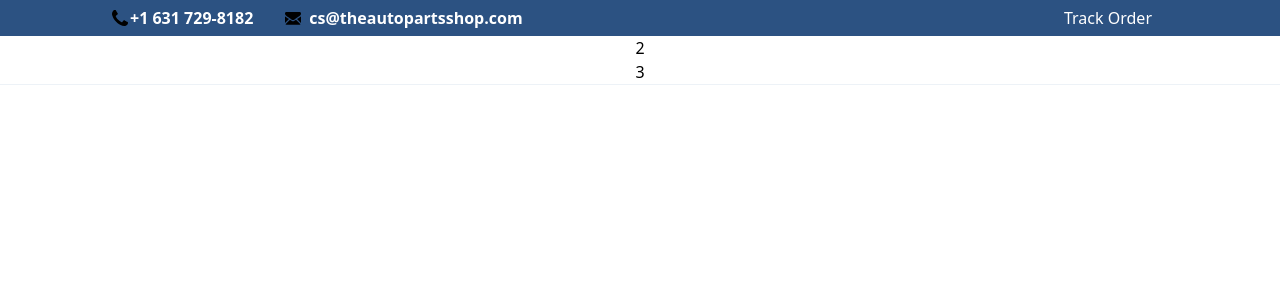
Repository: robindhimanspineor/TAPS-Next
Page: /
These files come from the project's save history. The page is drawn as it stood at one moment and after a run of saves; the edit follows.
The browser window is 1280 px wide. The pictures show the whole page.
The project was rebuilt for these pictures with package versions that can differ from the ones it lists, and the page was loaded fresh each time. The framework's server and built-in components were replaced by stand-ins that run in the browser. Also part of the build but not shown: next.config.js.

Above is the page before, as saved 2021-09-16 15:39:51.

### src/pages/index.tsx
// import { useRouter } from 'next/router';

// import { Meta } from '../layout/Meta';
// import { Main } from '../templates/Main';
import Header from '../components/common/header';

const Index = () => {
  // const router = useRouter();

  return (
    // <Main
    //   meta={
    //     <Meta
    //       title="Next.js Boilerplate Presentation"
    //       description="Next js Boilerplate is the perfect starter code for your project. Build your React application with the Next.js framework."
    //     />
    //   }
    // >
    // </Main>
    <div>
      <main className="main-container block">
        <Header />
      </main>
    </div>
  );
};

export default Index;

### src/components/common/header/index.js
import PhoneHandle from '../../../svg/PhoneHandleSvg.js';
import MailBoxSvg from '../../../svg/MailBoxSvg';

const Header = () => {
  return (
    <header className="flex flex-col items-center justify-center w-full static border-b z-50">
      <div className="head-top flex justify-between py-1.5 pr-32 pl-28 bg-blue-800 w-full text-base">
        <div className="w-screen max-w-screen-xl flex justify-between">
          <div className="head-top-left flex text-white font-medium w-9/12">
            <div className="head-top-phone flex items-center text-white w-auto  font-semibold">
              <div className="text-white h-6 w-4 flex items-center">
                <PhoneHandle />
              </div>
              <p className="pl-0.5">+1 631 729-8182</p>
            </div>
            <div className="heap-top-email flex items-center text-white w-auto  font-semibold ml-8">
              <div className="text-white h-6 w-6 flex items-center pr-2">
                <MailBoxSvg />
              </div>
              <p>cs@theautopartsshop.com</p>
            </div>
          </div>
          <div className="head-top-right text-white font-medium">
            Track Order
          </div>
        </div>
      </div>
      <div>2</div>
      <div>3</div>
    </header>
  );
};

export default Header;

### src/svg/PhoneHandleSvg.js
import React from 'react';

const PhoneHandle = () => (
  <svg
    version="1.1"
    xmlns="http://www.w3.org/2000/svg"
    xmlnsXlink="http://www.w3.org/1999/xlink"
    x="0px"
    y="0px"
    width="401.998px"
    height="401.998px"
    viewBox="0 0 401.998 401.998"
    style={{ enableBackground: 'new 0 0 401.998 401.998' }}
    xmlSpace="preserve"
    aria-label="phone handle svg"
  >
    <g>
      <path
        d="M401.129,311.475c-1.137-3.426-8.371-8.473-21.697-15.129c-3.61-2.098-8.754-4.949-15.41-8.566
		c-6.662-3.617-12.709-6.95-18.13-9.996c-5.432-3.045-10.521-5.995-15.276-8.846c-0.76-0.571-3.139-2.234-7.136-5
		c-4.001-2.758-7.375-4.805-10.14-6.14c-2.759-1.327-5.473-1.995-8.138-1.995c-3.806,0-8.56,2.714-14.268,8.135
		c-5.708,5.428-10.944,11.324-15.7,17.706c-4.757,6.379-9.802,12.275-15.126,17.7c-5.332,5.427-9.713,8.138-13.135,8.138
		c-1.718,0-3.86-0.479-6.427-1.424c-2.566-0.951-4.518-1.766-5.858-2.423c-1.328-0.671-3.607-1.999-6.845-4.004
		c-3.244-1.999-5.048-3.094-5.428-3.285c-26.075-14.469-48.438-31.029-67.093-49.676c-18.649-18.658-35.211-41.019-49.676-67.097
		c-0.19-0.381-1.287-2.19-3.284-5.424c-2-3.237-3.333-5.518-3.999-6.854c-0.666-1.331-1.475-3.283-2.425-5.852
		s-1.427-4.709-1.427-6.424c0-3.424,2.713-7.804,8.138-13.134c5.424-5.327,11.326-10.373,17.7-15.128
		c6.379-4.755,12.275-9.991,17.701-15.699c5.424-5.711,8.136-10.467,8.136-14.273c0-2.663-0.666-5.378-1.997-8.137
		c-1.332-2.765-3.378-6.139-6.139-10.138c-2.762-3.997-4.427-6.374-4.999-7.139c-2.852-4.755-5.799-9.846-8.848-15.271
		c-3.049-5.424-6.377-11.47-9.995-18.131c-3.615-6.658-6.468-11.799-8.564-15.415C98.986,9.233,93.943,1.997,90.516,0.859
		C89.183,0.288,87.183,0,84.521,0c-5.142,0-11.85,0.95-20.129,2.856c-8.282,1.903-14.799,3.899-19.558,5.996
		c-9.517,3.995-19.604,15.605-30.264,34.826C4.863,61.566,0.01,79.271,0.01,96.78c0,5.135,0.333,10.131,0.999,14.989
		c0.666,4.853,1.856,10.326,3.571,16.418c1.712,6.09,3.093,10.614,4.137,13.56c1.045,2.948,2.996,8.229,5.852,15.845
		c2.852,7.614,4.567,12.275,5.138,13.988c6.661,18.654,14.56,35.307,23.695,49.964c15.03,24.362,35.541,49.539,61.521,75.521
		c25.981,25.98,51.153,46.49,75.517,61.526c14.655,9.134,31.314,17.032,49.965,23.698c1.714,0.568,6.375,2.279,13.986,5.141
		c7.614,2.854,12.897,4.805,15.845,5.852c2.949,1.048,7.474,2.43,13.559,4.145c6.098,1.715,11.566,2.905,16.419,3.576
		c4.856,0.657,9.853,0.996,14.989,0.996c17.508,0,35.214-4.856,53.105-14.562c19.219-10.656,30.826-20.745,34.823-30.269
		c2.102-4.754,4.093-11.273,5.996-19.555c1.909-8.278,2.857-14.985,2.857-20.126C401.99,314.814,401.703,312.819,401.129,311.475z"
      />
    </g>
    <g />
    <g />
    <g />
    <g />
    <g />
    <g />
    <g />
    <g />
    <g />
    <g />
    <g />
    <g />
    <g />
    <g />
    <g />
  </svg>
);

export default PhoneHandle;

### src/svg/MailBoxSvg.js
import React from 'react';

const MailBoxSvg = () => (
  <svg
    version="1.1"
    xmlns="http://www.w3.org/2000/svg"
    xmlnsXlink="http://www.w3.org/1999/xlink"
    x="0px"
    y="0px"
    width="550.795px"
    height="550.795px"
    viewBox="0 0 550.795 550.795"
    style={{ enableBackground: 'new 0 0 550.795 550.795' }}
    xmlSpace="preserve"
    aria-label="mail box"
  >
    <g>
      <g>
        <path
          d="M501.613,491.782c12.381,0,23.109-4.088,32.229-12.16L377.793,323.567c-3.744,2.681-7.373,5.288-10.801,7.767
			c-11.678,8.604-21.156,15.318-28.434,20.129c-7.277,4.822-16.959,9.737-29.045,14.755c-12.094,5.024-23.361,7.528-33.813,7.528
			h-0.306h-0.306c-10.453,0-21.72-2.503-33.813-7.528c-12.093-5.018-21.775-9.933-29.045-14.755
			c-7.277-4.811-16.75-11.524-28.434-20.129c-3.256-2.387-6.867-5.006-10.771-7.809L16.946,479.622
			c9.119,8.072,19.854,12.16,32.234,12.16H501.613z"
        />
        <path
          d="M31.047,225.299C19.37,217.514,9.015,208.598,0,198.555V435.98l137.541-137.541
			C110.025,279.229,74.572,254.877,31.047,225.299z"
        />
        <path
          d="M520.059,225.299c-41.865,28.336-77.447,52.73-106.75,73.195l137.486,137.492V198.555
			C541.98,208.396,531.736,217.306,520.059,225.299z"
        />
        <path
          d="M501.613,59.013H49.181c-15.784,0-27.919,5.33-36.42,15.979C4.253,85.646,0.006,98.97,0.006,114.949
			c0,12.907,5.636,26.892,16.903,41.959c11.267,15.061,23.256,26.891,35.961,35.496c6.965,4.921,27.969,19.523,63.012,43.801
			c18.917,13.109,35.368,24.535,49.505,34.395c12.05,8.396,22.442,15.667,31.022,21.701c0.985,0.691,2.534,1.799,4.59,3.269
			c2.215,1.591,5.018,3.61,8.476,6.107c6.659,4.816,12.191,8.709,16.597,11.683c4.4,2.975,9.731,6.298,15.985,9.988
			c6.249,3.685,12.143,6.456,17.675,8.299c5.533,1.842,10.655,2.766,15.367,2.766h0.306h0.306c4.711,0,9.834-0.924,15.368-2.766
			c5.531-1.843,11.42-4.608,17.674-8.299c6.248-3.69,11.572-7.02,15.986-9.988c4.406-2.974,9.938-6.866,16.598-11.683
			c3.451-2.497,6.254-4.517,8.469-6.102c2.057-1.476,3.605-2.577,4.596-3.274c6.684-4.651,17.1-11.892,31.104-21.616
			c25.482-17.705,63.01-43.764,112.742-78.281c14.957-10.447,27.453-23.054,37.496-37.803c10.025-14.749,15.051-30.22,15.051-46.408
			c0-13.525-4.873-25.098-14.598-34.737C526.461,63.829,514.932,59.013,501.613,59.013z"
        />
      </g>
    </g>
    <g />
    <g />
    <g />
    <g />
    <g />
    <g />
    <g />
    <g />
    <g />
    <g />
    <g />
    <g />
    <g />
    <g />
    <g />
  </svg>
);

export default MailBoxSvg;

### src/styles/top-header.module.css
.bg-blue {
  background-color: #3d5b99;
}

Loaded but not shown: src/pages/_app.tsx (common file); src/pages/_document.tsx (common file); src/styles/main.css (common file); src/utils/AppConfig.ts (common file); tailwind.config.js (common file)

After the next 3 saves:
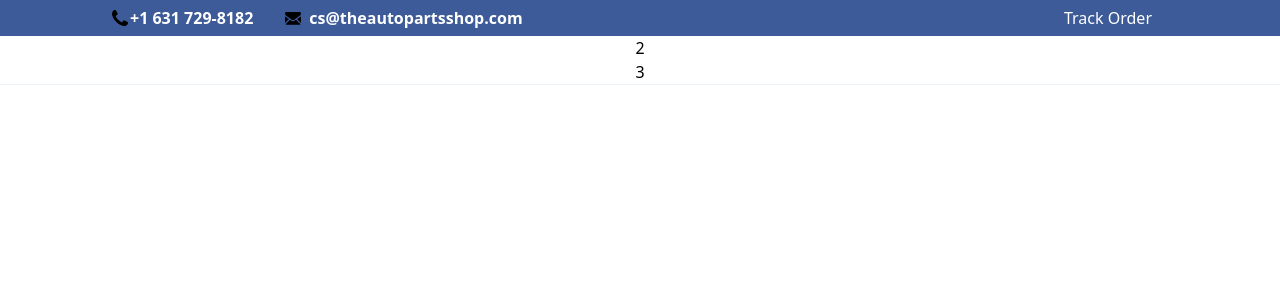
The 3 saves are shown as one change because 2 did not build or start.
The last was saved 99 s later.
--- a/src/components/common/header/index.js
+++ b/src/components/common/header/index.js
@@ -1,10 +1,14 @@
 import PhoneHandle from '../../../svg/PhoneHandleSvg.js';
 import MailBoxSvg from '../../../svg/MailBoxSvg';
+
+import topHeaderStyles from '../../../styles/top-header.module.css';
 
 const Header = () => {
   return (
     <header className="flex flex-col items-center justify-center w-full static border-b z-50">
-      <div className="head-top flex justify-between py-1.5 pr-32 pl-28 bg-blue-800 w-full text-base">
+      <div
+        className={`${topHeaderStyles.bgBlue} head-top flex justify-between py-1.5 pr-32 pl-28  w-full text-base`}
+      >
         <div className="w-screen max-w-screen-xl flex justify-between">
           <div className="head-top-left flex text-white font-medium w-9/12">
             <div className="head-top-phone flex items-center text-white w-auto  font-semibold">
--- a/src/styles/top-header.module.css
+++ b/src/styles/top-header.module.css
@@ -1,3 +1,3 @@
-.bg-blue {
+.bgBlue {
   background-color: #3d5b99;
 }
